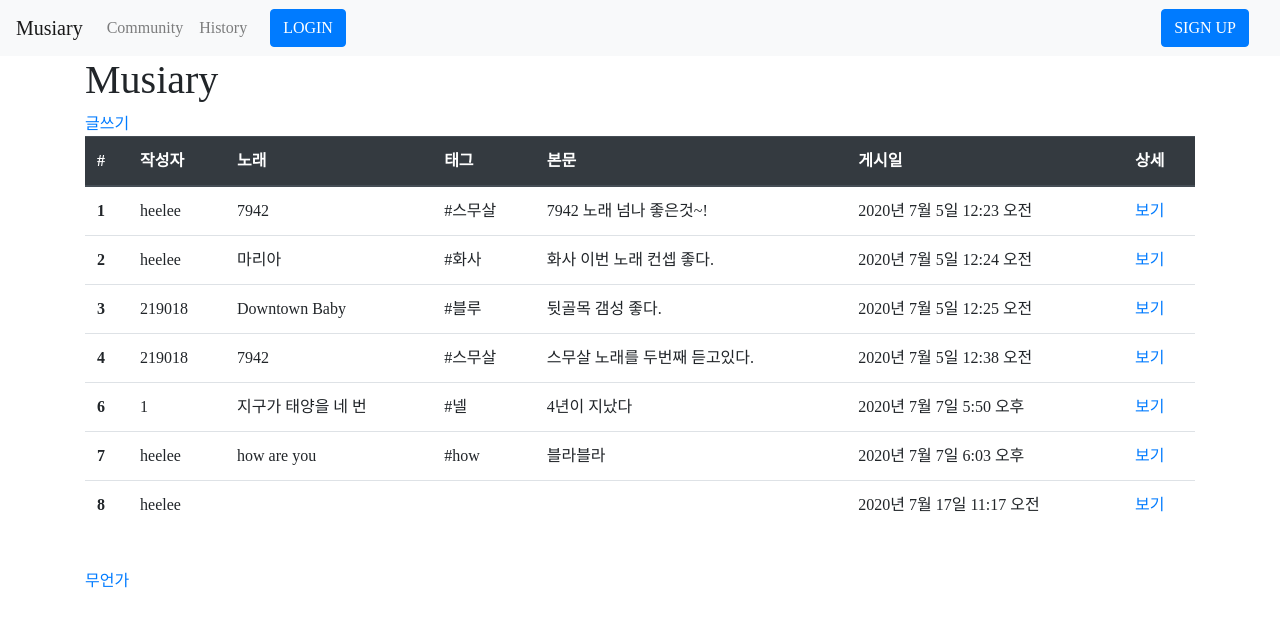
Repository: lhjsophia37/Musiary
Page: http://localhost/posts/
The author's editor kept a record of every edit. The page is drawn from the files as they stood at one moment, then again after the next edit.
The browser window is 1280 px wide. The pictures show the whole page.
The page is served by the project's application, run on Django 3.2 (musiary/manage.py). The page reads the database file committed with the project.

Above is the page before.

After the next edit:
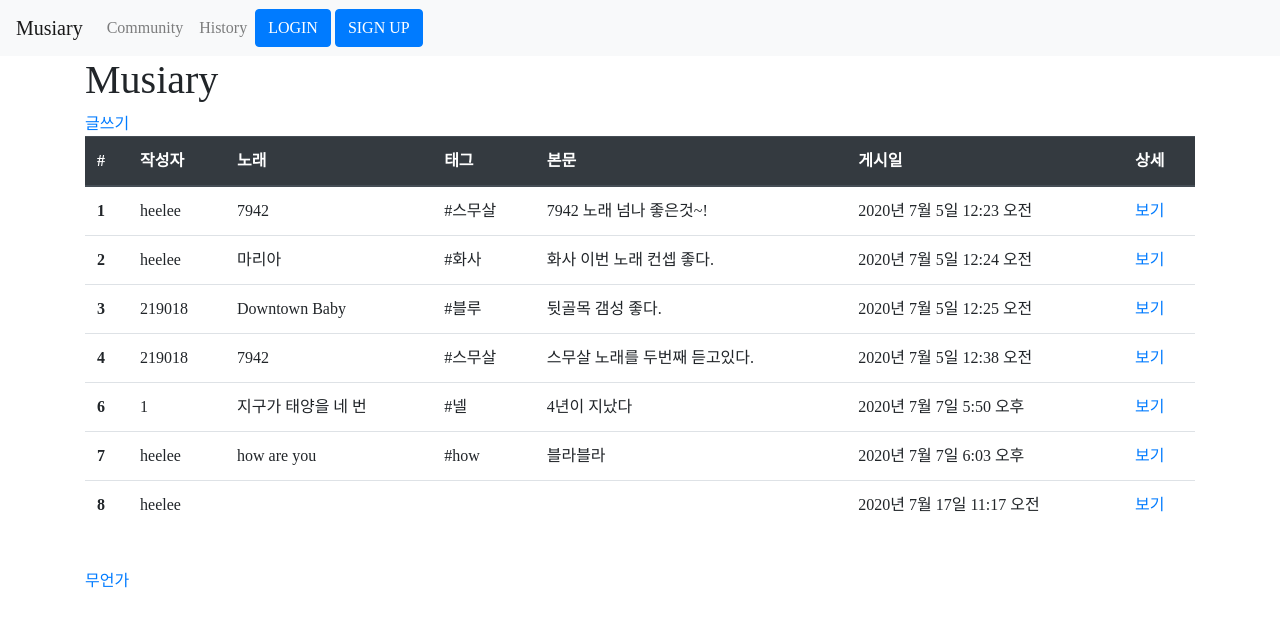
The edit:
--- a/musiary/templates/base.html
+++ b/musiary/templates/base.html
@@ -33,7 +33,7 @@
                     </form>
                 </div>
             {% else %}
-                <div class = "container-fluid" id="logintab">
+                <div id="logintab">
                     <a href="{% url 'accounts:login' %}">
                         <button type="button" class="btn btn-primary">LOGIN</button>
                     </a>
